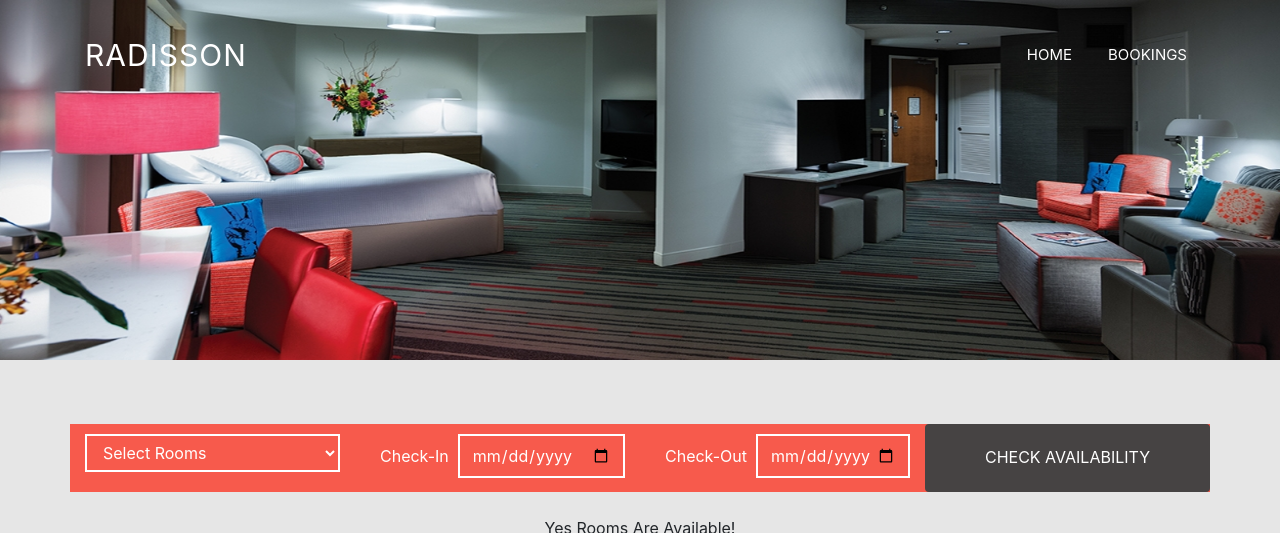
Repository: kapsky5/HotelManagement
Page: rooms.html
An editor plug-in stored every save of this project. The page is shown before and after the next save, followed by the edit.
The browser window is 1280 px wide. The pictures show the part of the page from y = 0 to 533 px (the page is 2197 px tall before and 2358 px after).
Pictures or frames that could not be fetched are drawn as grey boxes. Some web libraries are served in a nearby version.

Above is the page before, as saved 2019-11-07 03:54:13.

### rooms.html
<!DOCTYPE html>
<html lang="en">
<head>
    <meta charset="UTF-8">
    <meta name="viewport" content="width=device-width, initial-scale=1.0">
    <meta http-equiv="X-UA-Compatible" content="ie=edge">
    <title>RADISSON BLU</title>
    <link rel="stylesheet" href="css/main.css">
    <link rel="stylesheet" href="https://maxcdn.bootstrapcdn.com/bootstrap/4.0.0/css/bootstrap.min.css" integrity="sha384-Gn5384xqQ1aoWXA+058RXPxPg6fy4IWvTNh0E263XmFcJlSAwiGgFAW/dAiS6JXm" crossorigin="anonymous">
    <!-- <script src="https://kit.fontawesome.com/82e6195eae.js" crossorigin="anonymous"></script> -->
</head>
<body>

    <nav class="navbar navbar-expand-lg navbar-light fixed-top" id="caro" style="margin-top: 20px;">
        <div class="container">
            <a class="navbar-brand" href="#">RADISSON</a>
            <button class="navbar-toggler" type="button" data-toggle="collapse" data-target="#navbarSupportedContent">
                <span class="navbar-toggler-icon"></span>
            </button>

            <div class="collapse navbar-collapse" id="navbarSupportedContent" >
                <ul class="navbar-nav ml-auto">
                    <li class="nav-item active ">
                        <a class="nav-link" href="./index.html">Home <span class="sr-only">(current)</span></a>
                    </li>
                    <li class="nav-item">
                        <a class="nav-link" href="./rooms.html">Bookings</a>
                    </li>
                </ul>
            </div>
        </div>
    </nav>

    <div>
        <img src="./images/cover1.jpg" class="image">
    </div>

    <div class="containerz">
        <div class="container" style="padding: 0px;">
            <br>
            <div class="row avail">
                <div class="col-md-3" style="padding-top: 10px;">
                    <div class="form-group">
                        <select class="form-control" placeholder="Select-Room">
                            <option>Select Rooms</option>
                            <option>Suites</option>
                            <option>Deluxe Rooms</option>
                            <option>King Rooms</option>
                            <option>Single</option>
                        </select>
                    </div>
                </div>
                <div class="col-md-3" style="padding-top: 10px;">
                    <div class="input-group">
                        <div class="input-group-prepend" style="padding: 10px;">
                            <span>Check-In</span>
                        </div>
                        <input class="form-control" type="date" id="from">
                    </div>
                </div>
                <div class="col-md-3" style="padding-top: 10px;">
                    <div class="input-group">
                        <div class="input-group-prepend" style="padding: 10px;" >
                            <span>Check-Out</span>
                        </div>
                        <input class="form-control" type="date" id="to">
                    </div>
                </div>
                <button class="col-md-3 btn btn-default" style="background-color: #464343; padding-top: 20px;" type="submit">
                    <div class="text-center" style="color: white;">
                        <p>CHECK AVAILABILITY</p>
                    </div>
                </button>
            </div>

            <div class="text-center result">
                <br>
                <p>Yes Rooms Are Available!</p>
                <a href="./booking.html">
                    <div class="btn btn-default" style="color: white;">Book Now</div>
                </a>
            </div>

            <div class="text-center" style="padding: 70px 0 50px 0;">
                <p class="heading1">Featured rooms</p>
            </div>
            <br>
            <div class="card">
                <div class="card-body">
                    <div class="row">
                        <div class="col-md-7 imgx">
                            <img class="room-img" src="images/suite.jpg">
                        </div>
                        <div class="col-md-5 dpt" >
                            <h3 class="head-room">Suites</h3>
                            <br>
                            <p>Pellentesque habitant morbi tristique senectus et netus ett mauada fames ac turpis egestas. Etiam euismod tempor leo, in suscipit urna condimentum sed. Vivamus augue enim, consectetur ac interdum a, pulvinar ac massa. Nullam malesuada congue</p>
                            <br>
                            <button class="btn">Book Now</button>
                        </div>
                    </div>
                </div>
            </div>
            <div class="card" style="margin: 40px 0px;">
                <div class="card-body">
                    <div class="row">
                        <div class="col-md-6 dpt">
                            <h3 class="head-room">King rooms</h3>
                            <br>
                            <p>Pellentesque habitant morbi tristique senectus et netus ett mauada fames ac turpis egestas. Etiam euismod tempor leo, in suscipit urna condimentum sed. Vivamus augue enim, consectetur ac interdum a, pulvinar ac massa. Nullam malesuada congue</p>
                            <br>
                            <button class="btn">Book Now</button>
                        </div>
                        <div class="col-md-6 imgx">
                            <img class="room-img" src="images/suite.jpg">
                        </div>
                    </div>
                </div>
            </div>
            <div class="card" >
                <div class="card-body">
                    <div class="row">
                        <div class="col-md-3 imgx">
                            <img class="room-img" src="images/suite.jpg">
                        </div>
                        <div class="col-md-3 dpts" >
                            <h3 class="head-room">Single</h3>
                            <br>
                            <p>Pellentesque habitant morbi tristique senectus et netus ett mauada fames ac turpis egestas. Etiam euismod tempor leo, in suscipit urna condimentum sed.</p>
                            <br>
                            <button class="btn">Book Now</button>
                        </div>
                        <div class="col-md-3 imgx   ">
                            <img class="room-img" src="images/suite.jpg">
                        </div>
                        <div class="col-md-3 dpts">
                            <h3 class="head-room">Suite</h3>
                            <br>
                            <p>Pellentesque habitant morbi tristique senectus et netus ett mauada fames ac turpis egestas. Etiam euismod tempor leo, in suscipit urna condimentum sed.</p>
                            <br>
                            <button class="btn">Book Now</button>
                        </div>
                    </div>
                </div>
            </div>

        </div>
    </div>

    <script src="https://code.jquery.com/jquery-3.2.1.slim.min.js" integrity="sha384-KJ3o2DKtIkvYIK3UENzmM7KCkRr/rE9/Qpg6aAZGJwFDMVNA/GpGFF93hXpG5KkN" crossorigin="anonymous"></script>
    <script src="https://cdnjs.cloudflare.com/ajax/libs/popper.js/1.12.9/umd/popper.min.js" integrity="sha384-ApNbgh9B+Y1QKtv3Rn7W3mgPxhU9K/ScQsAP7hUibX39j7fakFPskvXusvfa0b4Q" crossorigin="anonymous"></script>
    <script src="https://maxcdn.bootstrapcdn.com/bootstrap/4.0.0/js/bootstrap.min.js" integrity="sha384-JZR6Spejh4U02d8jOt6vLEHfe/JQGiRRSQQxSfFWpi1MquVdAyjUar5+76PVCmYl" crossorigin="anonymous"></script>
</body>
</html>

<!--
<div class="image" style="background-image:url(assets/images/hotel_feture_1.jpg);">
    <div class="descrip text-center">
      <p><small>For as low as</small><span>$100/night</span></p>
    </div>
  </div> -->

### css/main.css
.fixed-top{
    position: absolute !important;
}
.carousel-item{
    height: 100vh;
    min-height: 300px;
    background: no-repeat center center scroll;
    -webkit-baackground-size: cover;
    background-size: cover;
    position: absolute;
}
.carousel-caption {
    top: 40% !important;
}
.carousel-caption h5{
    color: #ffffff;
    text-transform: uppercase;
    font-size: 35px;
    letter-spacing: 2px;
    margin-top:25px;
}
.navbar-light .nav-link{
    text-transform: uppercase;
    color: #ffffff !important;
    font-size: 15px;
    margin-left: 20px;
}
.navbar-light .navbar-brand{
    color: #ffffff !important;
    font-size: 30px;
    letter-spacing: 1px;
}
.nav-link:active, .nav-link:hover {
    color: #F75A4C !important;
}
.carousel-caption .btn {
    margin: 40px 20px;
    padding: 15px 30px;
    border-radius: 40px;
    background: #F75A4C;
    border: none;
    text-transform: uppercase;
    font-size: 18px;
}
.carousel-caption .btn:hover{
    background: #454244;
}
.fac{
    margin: 0 auto;
    font-size: 25px;
    letter-spacing: 1px;
}
.tabx h6{
    font-weight: 600 !important;
}
.nav-item.nav-link{
    color: rgb(192, 192, 192);
}
.nav-item.nav-link.active{
    color: #F75A4C !important;
    background-color: #ffffff !important;
}
#tabs .nav > a{
    border-radius: 0px;
    padding: 40px 1rem;
    border-bottom: 1px solid rgb(192, 192, 192);
}
#tabs .nav > a.active{
    border-bottom: 1px solid #F75A4C;
}
.containerx{
    padding: 40px;
}
.containerx p{
    font-size: 18px;
    line-height: 1.8;
    color: #848484;
}
.tabImg{
    max-width: 100%;
    height: 550px;
}
.heading{
    color: #F75A4C;
    text-transform: uppercase;
    margin-bottom: 20px;
}
.sub-heading{
    margin-top: 20px;
    font-size: 16px;
    color: rgb(192, 192, 192);
}
.foot{
    margin-top: 50px;
    background-color: #E6E6E6;
}
.rowinfoot{
    padding: 30px 0px;
}
.foo-head{
    font-size: 20px;
    color: #F75A4C;
    margin: 20px 0;
}
.foo-text{
    font-size: 16px;
    line-height: 1.5;
}
.foo-text li a{
    color: black;
    text-decoration: none;
}
.copyright {
    color: white;
    background: #554f53;
    justify-content: center;
}
.copyright p{
    margin-bottom: 0;
}
.image{
    width: 100%;
    height: 50vh;
}
.containerz{
    background-color: #E6E6E6;
}
.heading1{
    text-transform: uppercase;
    font-size: 24px;
    letter-spacing: 1px;
}
.room-img{
    width: 100%;
    height: 415px;
}
.card{
    border-radius: 0px !important;
}
.card-body{
    padding: 0px !important;
}
.head-room{
    color: #F75A4C;
    font-size: 22px;
    text-transform: uppercase;
    letter-spacing: 1px;
}
.card-body.row.col-md-5, .card-body.row.col-md-7, .card-body.row.col-md-6, .card-body.row.col-md-3{
    padding: 0px !important;
}

.containerz .imgx, .containerz .imgx{
    padding: 0px !important;
}
.dpt, .dpts{
    padding: 40px 50px !important;
}
.dpt p{
    font-size: 18px;
    line-height: 1.8;
    color: #848484;
}
.dpts p{
    font-size: 16px;
    line-height: 1.5;
    color: #848484;
}
.row{
    margin: 0px !important;
}
.card .btn{
    padding: 10px 30px;
    border-radius: 0px;
    background: #F75A4C;
    border: none;
    text-transform: uppercase;
    font-size: 18px;
}
.avail{
    color: white;
    margin-top: 40px !important;
    background-color: #F75A4C;
    padding: auto auto;
}
.form-control{
    background-color: #F75A4C !important;
    color: white !important;
    border-radius: 0 !important;
    border: 2px solid white !important;
}
input[type=date]::-webkit-inner-spin-button {
    -webkit-appearance: none;
    display: none;
}
.result .btn{
    margin: 10px 20px;
    padding: 15px 30px;
    border-radius: 40px;
    background: #F75A4C;
    border: none;
    text-transform: uppercase;
    font-size: 18px;
}

After the next save:
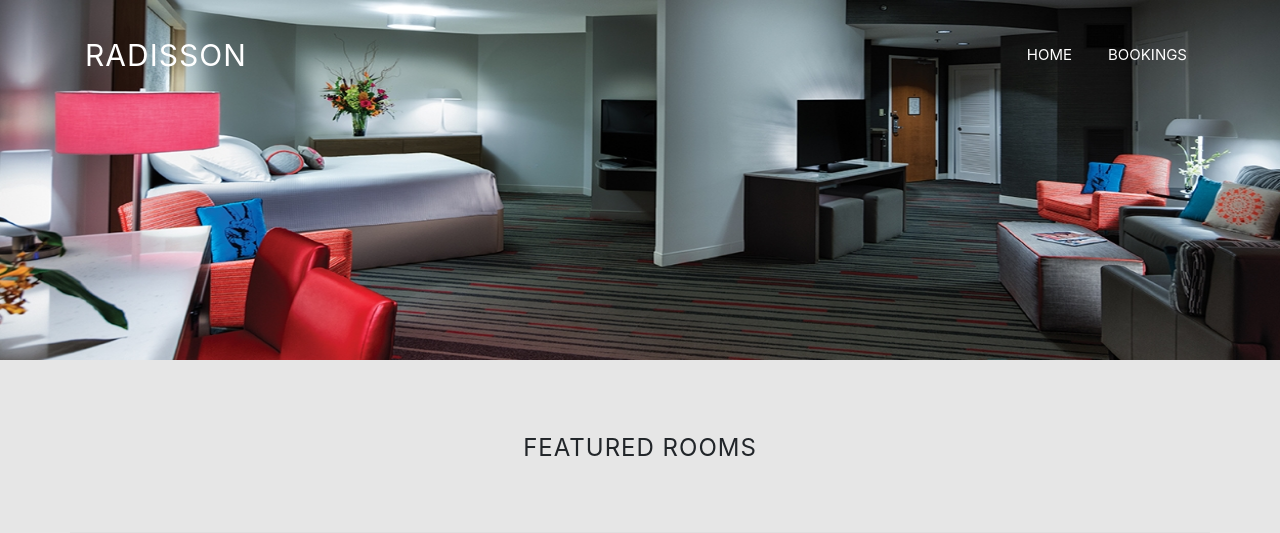
Saved 2 h 5 min later.
--- a/rooms.html
+++ b/rooms.html
@@ -37,58 +37,13 @@
 
     <div class="containerz">
         <div class="container" style="padding: 0px;">
-            <br>
-            <div class="row avail">
-                <div class="col-md-3" style="padding-top: 10px;">
-                    <div class="form-group">
-                        <select class="form-control" placeholder="Select-Room">
-                            <option>Select Rooms</option>
-                            <option>Suites</option>
-                            <option>Deluxe Rooms</option>
-                            <option>King Rooms</option>
-                            <option>Single</option>
-                        </select>
-                    </div>
-                </div>
-                <div class="col-md-3" style="padding-top: 10px;">
-                    <div class="input-group">
-                        <div class="input-group-prepend" style="padding: 10px;">
-                            <span>Check-In</span>
-                        </div>
-                        <input class="form-control" type="date" id="from">
-                    </div>
-                </div>
-                <div class="col-md-3" style="padding-top: 10px;">
-                    <div class="input-group">
-                        <div class="input-group-prepend" style="padding: 10px;" >
-                            <span>Check-Out</span>
-                        </div>
-                        <input class="form-control" type="date" id="to">
-                    </div>
-                </div>
-                <button class="col-md-3 btn btn-default" style="background-color: #464343; padding-top: 20px;" type="submit">
-                    <div class="text-center" style="color: white;">
-                        <p>CHECK AVAILABILITY</p>
-                    </div>
-                </button>
-            </div>
-
-            <div class="text-center result">
-                <br>
-                <p>Yes Rooms Are Available!</p>
-                <a href="./booking.html">
-                    <div class="btn btn-default" style="color: white;">Book Now</div>
-                </a>
-            </div>
-
             <div class="text-center" style="padding: 70px 0 50px 0;">
                 <p class="heading1">Featured rooms</p>
             </div>
-            <br>
             <div class="card">
                 <div class="card-body">
                     <div class="row">
-                        <div class="col-md-7 imgx">
+                        <div class="col-md-7">
                             <img class="room-img" src="images/suite.jpg">
                         </div>
                         <div class="col-md-5 dpt" >
@@ -111,7 +66,7 @@
                             <br>
                             <button class="btn">Book Now</button>
                         </div>
-                        <div class="col-md-6 imgx">
+                        <div class="col-md-6">
                             <img class="room-img" src="images/suite.jpg">
                         </div>
                     </div>
@@ -120,7 +75,7 @@
             <div class="card" >
                 <div class="card-body">
                     <div class="row">
-                        <div class="col-md-3 imgx">
+                        <div class="col-md-3">
                             <img class="room-img" src="images/suite.jpg">
                         </div>
                         <div class="col-md-3 dpts" >
@@ -130,7 +85,7 @@
                             <br>
                             <button class="btn">Book Now</button>
                         </div>
-                        <div class="col-md-3 imgx   ">
+                        <div class="col-md-3">
                             <img class="room-img" src="images/suite.jpg">
                         </div>
                         <div class="col-md-3 dpts">
@@ -143,9 +98,33 @@
                     </div>
                 </div>
             </div>
+            <div class="row avail">
+                <div class="col-md-3">
+                    <div class="form-group">
+                        <select class="form-control" placeholder="Select-Room">
+                            <option>Select Rooms</option>
+                            <option>Suites</option>
+                            <option>Deluxe Rooms</option>
+                            <option>King Rooms</option>
+                            <option>Single</option>
+                        </select>
+                    </div>
+                </div>
+                <div class="col-md-3">
+                    <div class="form-group">
+                        <input class="form-control" type="date" placeholder="from">
+                    </div>
+                </div>
+                <div class="col-md-3">
 
+                </div>
+                <div class="col-md-3">
+
+                </div>
+            </div>
         </div>
     </div>
+
 
     <script src="https://code.jquery.com/jquery-3.2.1.slim.min.js" integrity="sha384-KJ3o2DKtIkvYIK3UENzmM7KCkRr/rE9/Qpg6aAZGJwFDMVNA/GpGFF93hXpG5KkN" crossorigin="anonymous"></script>
     <script src="https://cdnjs.cloudflare.com/ajax/libs/popper.js/1.12.9/umd/popper.min.js" integrity="sha384-ApNbgh9B+Y1QKtv3Rn7W3mgPxhU9K/ScQsAP7hUibX39j7fakFPskvXusvfa0b4Q" crossorigin="anonymous"></script>
@@ -153,9 +132,9 @@
 </body>
 </html>
 
-<!--
+
 <div class="image" style="background-image:url(assets/images/hotel_feture_1.jpg);">
     <div class="descrip text-center">
       <p><small>For as low as</small><span>$100/night</span></p>
     </div>
-  </div> -->
+  </div>
